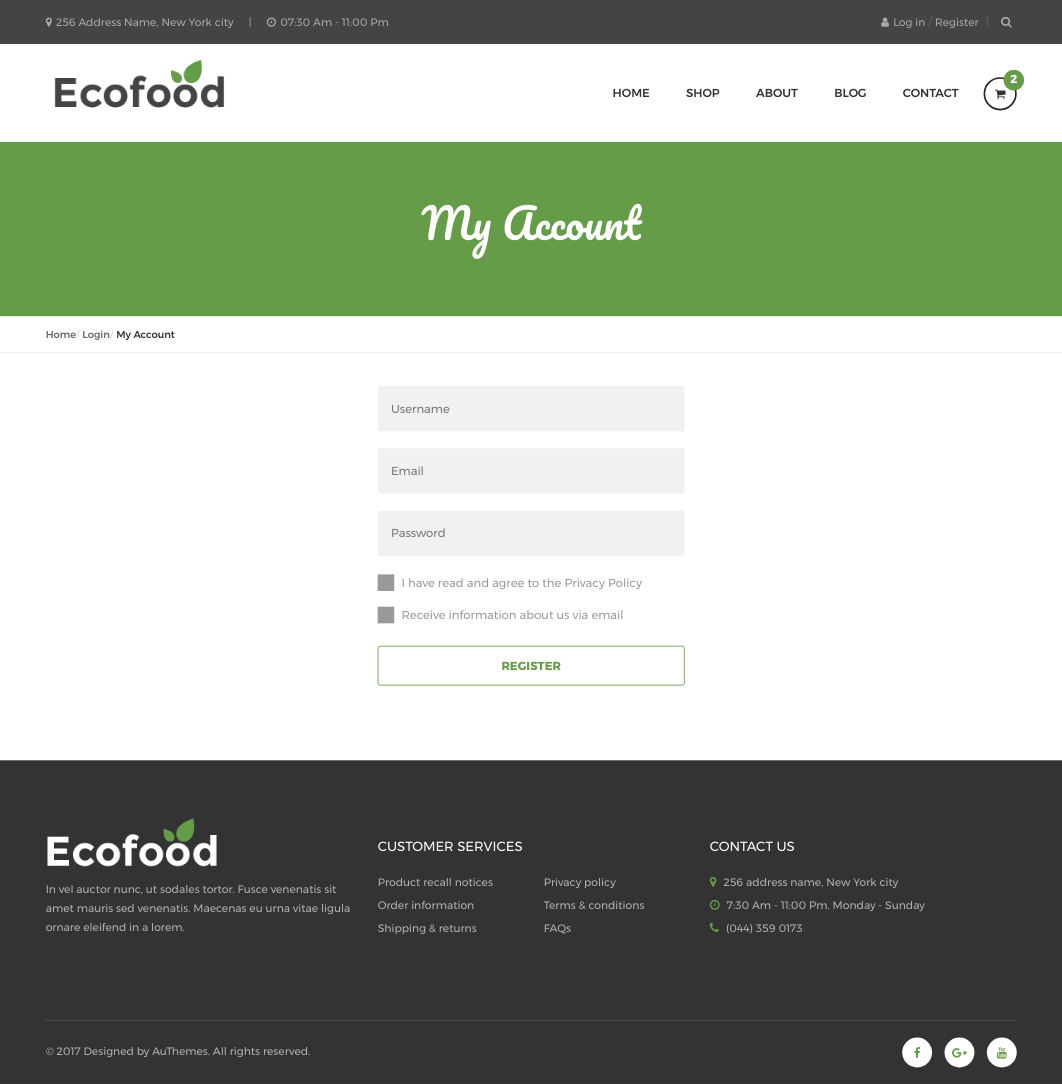
Repository: riteshyadav7878/ecofood
Page: http://localhost/register.php
The author's editor kept a copy of each file at every save. The page is drawn from the files as they stood at one save, then again after the next save.
The browser window is 1280 px wide. The pictures show the whole page, at 83% of full size.
The page is run by PHP 8.4 with error messages shown; the project is at /var/www/html/. Other server files are loaded and not shown.

Above is the page before, as saved 2024-09-10 12:13:12.

### register.php
<!-- Backend -->
<?php
// Start session
session_start();

// Database connection
$conn = new mysqli('localhost', 'root', '', 'ecofood');

// Check connection
if ($conn->connect_error) {
    die("Connection failed: " . $conn->connect_error);
}

// Handling form submission
if ($_SERVER["REQUEST_METHOD"] == "POST") {
    // Get form data
    $username = $conn->real_escape_string(trim($_POST['username']));
    $email = $conn->real_escape_string(trim($_POST['email']));
    $password = $conn->real_escape_string(trim($_POST['password']));
    $receive_email_updates = isset($_POST['email-updates']) ? 1 : 0;

    // Password hashing for security
    $hashed_password = password_hash($password, PASSWORD_BCRYPT);

    // SQL query to insert data into the database
    $sql = "INSERT INTO user (username, email, password, receive_email_updates)
            VALUES ('$username', '$email', '$hashed_password', $receive_email_updates)";

    // Execute query
    if ($conn->query($sql) === TRUE) {
        // Redirect to login page after successful registration
        header("Location: login.php");
        exit();
    } else {
        echo "Error: " . $sql . "<br>" . $conn->error;
    }
}

// Close connection
$conn->close();
?>


<!DOCTYPE html>
<html class="no-js" lang="en">
<head>
    <meta charset="UTF-8">
    <title>Register - Ecofood HTML5 Templates</title>
    <meta name="description" content="Ecofood theme template">
    <meta name="author" content="AuCreative">
    <meta name="keywords" content="Ecofood theme template">
    <meta name="viewport" content="width=device-width, initial-scale=1">

    <link href="fonts/fonts.css" rel="stylesheet">
    <link href="vendor/font-awesome/css/font-awesome.min.css" rel="stylesheet">
    <link href="vendor/bootstrap/dist/css/bootstrap.min.css" rel="stylesheet">
    <link href="vendor/css-hamburgers/dist/hamburgers.min.css" rel="stylesheet">
    <link href="vendor/malihu-custom-scrollbar-plugin/jquery.mCustomScrollbar.css" rel="stylesheet">
    <link href="vendor/animate.css/animate.min.css" rel="stylesheet">
    <link href="css/main.css" rel="stylesheet">
    <link href="css/switcher.css" rel="stylesheet">
    <link href="css/colors/green.css" rel="stylesheet" id="colors">
    <link href="css/retina.css" rel="stylesheet">
    <link rel="shortcut icon" href="favicon.png">
    <link rel="apple-touch-icon" href="apple-touch-icon.png">
    <link rel="apple-touch-icon" sizes="72x72" href="apple-touch-icon-72x72.png">
    <link rel="apple-touch-icon" sizes="114x114" href="apple-touch-icon-114x114.png">
    <script src="js/modernizr-custom.js"></script>
    <script>
        function validateForm() {
            const username = document.forms["registrationForm"]["username"].value;
            const email = document.forms["registrationForm"]["email"].value;
            const password = document.forms["registrationForm"]["password"].value;
            const privacy = document.forms["registrationForm"]["privacy"].checked;

            if (username === "") {
                alert("Username must be filled out.");
                return false;
            }
            if (email === "" || !validateEmail(email)) {
                alert("Please enter a valid email address.");
                return false;
            }
            if (password === "" || password.length < 6) {
                alert("Password must be at least 6 characters long.");
                return false;
            }
            if (!privacy) {
                alert("You must agree to the Privacy Policy.");
                return false;
            }

            return true;
        }

        function validateEmail(email) {
            const re = /^[^\s@]+@[^\s@]+\.[^\s@]+$/;
            return re.test(String(email).toLowerCase());
        }
    </script>
</head>
<body>
    <div class="page-loader">
        <div class="loader"></div>
    </div>
    <div id="switcher">
        <!-- Switcher content here -->
    </div>
    <header>
        <!-- Header content here -->
    </header>
    <header>
        <!--    Navbar -->
        <div class="section dark-background">
            <div class="container">
                <div class="header-2">
                    <div class="header-left">
                        <p>
                            <i class="fa fa-map-marker"></i>256 Address Name, New York city
                            <span>|</span>
                            <i class="fa fa-clock-o"></i>07:30 Am - 11:00 Pm
                        </p>
                    </div>
                    <div class="header-right">
                        <div class="header-login">
                            <a href="login.php">
                                <i class="fa fa-user"></i>Log in
                            </a>
                            <span>/</span>
                            <a href="register.php">Register</a>
                        </div>
                        <span class="divider">|</span>
                        <div class="header-search">
                            <button class="fa fa-search"></button>
                            <div class="search-box">
                                <input type="text" placeholder="Search..." />
                            </div>
                        </div>
                    </div>
                </div>
            </div>
        </div>
    </header>

    <!-- Include Navbar -->
    <?php include 'Navbar.php'; ?>

    <section>
        <div class="section primary-color-background">
            <div class="container">
                <div class="p-t-70 p-b-85">
                    <div class="heading-page-1">
                        <h3>My Account</h3>
                    </div>
                </div>
            </div>
        </div>
        <div class="section border-bottom-grey">
            <div class="container">
                <div class="breadcrumb-1">
                    <ul>
                        <li><a href="index.php">Home</a></li>
                        <li><a href="login.php">Login</a></li>
                        <li><a href="register.php">My Account</a></li>
                    </ul>
                </div>
            </div>
        </div>
    </section>

    <div class="page-content p-t-40 p-b-90">
        <div class="container">
            <div class="row">
                <div class="col-md-4 col-md-push-4">
                    <div class="register-1">
                        <form class="theme-form" name="registrationForm" action="register.php" method="post" onsubmit="return validateForm()">
                            <input class="theme-input-text" type="text" name="username" placeholder="Username" />
                            <input class="theme-input-text" type="email" name="email" placeholder="Email" />
                            <input class="theme-input-text" type="password" name="password" placeholder="Password" />
                            <div class="theme-checkbox">
                                <div class="item theme-input-chk">
                                    <input type="checkbox" id="privacy" name="privacy" />
                                    <label for="privacy"></label>
                                    <span>I have read and agree to the Privacy Policy</span>
                                </div>
                                <div class="item theme-input-chk">
                                    <input type="checkbox" id="email-updates" name="email-updates" />
                                    <label for="email-updates"></label>
                                    <span>Receive information about us via email</span>
                                </div>
                            </div>
                            <button class="au-btn au-btn-border au-btn-radius btn-block btn-submit" type="submit">REGISTER</button>
                        </form>
                    </div>
                </div>
            </div>
        </div>
    </div>

    <!-- Include Footer -->
    <?php include 'Footer.php'; ?>

    <div id="up-to-top">
        <i class="fa fa-angle-up"></i>
    </div>

    <script src="vendor/jquery/dist/jquery.min.js"></script>
    <script src="vendor/bootstrap/dist/js/bootstrap.min.js"></script>
    <script src="vendor/retinajs/dist/retina.min.js"></script>
    <script src="vendor/SmoothScroll/SmoothScroll.js"></script>
    <script src="js/switcher-custom.js"></script>
    <script src="js/owl-custom.js"></script>
    <script src="js/main.js"></script>
</body>
</html>

### Footer.php
<footer>

<div class="footer-1 footer-2">
<div class="container">
<div class="row">
<div class="col-md-4 col-sm-4">
<div class="footer-introduce">
<div class="footer-logo">
<img src="images/icons/ic-logo-02.png" alt="logo ecofood" />
</div>
<div class="footer-intro">
<p>In vel auctor nunc, ut sodales tortor. Fusce venenatis sit amet mauris sed venenatis. Maecenas eu urna vitae ligula ornare eleifend in a lorem.</p>
</div>
</div>
</div>
<div class="col-md-4 col-sm-4">
<div class="footer-services">
<div class="footer-heading">
<h3>CUSTOMER SERVICES</h3>
</div>
<div class="row">
<div class="col-md-6">
<ul>
<li>
<a href="#">Product recall notices</a>
</li>
<li>
<a href="#">Order information</a>
</li>
<li>
<a href="#">Shipping & returns</a>
</li>
</ul>
</div>
<div class="col-md-6">
<ul>
<li>
<a href="#">Privacy policy</a>
</li>
<li>
<a href="#">Terms & conditions</a>
</li>
<li>
<a href="#">FAQs</a>
</li>
</ul>
</div>
</div>
</div>
</div>
<div class="col-md-4 col-sm-4">
<div class="footer-contact">
<div class="footer-heading">
<h3>CONTACT US</h3>
</div>
<ul>
<li>
<i class="fa fa-map-marker"></i>
<span>256 address name, New York city</span>
</li>
<li>
<i class="fa fa-clock-o"></i>
<span>7:30 Am - 11:00 Pm. Monday - Sunday</span>
</li>
<li>
<i class="fa fa-phone"></i>
<span>(044) 359 0173</span>
</li>
</ul>
</div>
</div>
</div>
<div class="footer-bottom">
<div class="footer-copyright">
<p>© 2017 Designed by AuThemes. All rights reserved.</p>
</div>
<ul class="footer-socials">
<li>
<a class="fa fa-facebook" href="#"></a>
</li>
<li>
<a class="fa fa-google-plus" href="#"></a>
</li>
<li>
<a class="fa fa-youtube" href="#"></a>
</li>
</ul>
</div>
</div>
</div>

</footer>

### fonts/fonts.css
@font-face{font-family:montserrat;font-style:normal;font-weight:200;src:url(Montserrat-normal-200.woff) format('woff');unicode-range:U+0-10FFFF}@font-face{font-family:montserrat;font-style:normal;font-weight:300;src:url(Montserrat-normal-300.woff) format('woff');unicode-range:U+0-10FFFF}@font-face{font-family:montserrat;font-style:normal;font-weight:400;src:url(Montserrat-normal-400.woff) format('woff');unicode-range:U+0-10FFFF}@font-face{font-family:montserrat;font-style:normal;font-weight:500;src:url(Montserrat-normal-500.woff) format('woff');unicode-range:U+0-10FFFF}@font-face{font-family:montserrat;font-style:normal;font-weight:600;src:url(Montserrat-normal-600.woff) format('woff');unicode-range:U+0-10FFFF}@font-face{font-family:montserrat;font-style:normal;font-weight:700;src:url(Montserrat-normal-700.woff) format('woff');unicode-range:U+0-10FFFF}@font-face{font-family:montserrat;font-style:normal;font-weight:800;src:url(Montserrat-normal-800.woff) format('woff');unicode-range:U+0-10FFFF}@font-face{font-family:montserrat;font-style:normal;font-weight:900;src:url(Montserrat-normal-900.woff) format('woff');unicode-range:U+0-10FFFF}@font-face{font-family:montserrat;font-style:italic;font-weight:100;src:url(Montserrat-italic-100.woff) format('woff');unicode-range:U+0-10FFFF}@font-face{font-family:montserrat;font-style:italic;font-weight:200;src:url(Montserrat-italic-200.woff) format('woff');unicode-range:U+0-10FFFF}@font-face{font-family:montserrat;font-style:italic;font-weight:300;src:url(Montserrat-italic-300.woff) format('woff');unicode-range:U+0-10FFFF}@font-face{font-family:montserrat;font-style:italic;font-weight:400;src:url(Montserrat-italic-400.woff) format('woff');unicode-range:U+0-10FFFF}@font-face{font-family:montserrat;font-style:italic;font-weight:500;src:url(Montserrat-italic-500.woff) format('woff');unicode-range:U+0-10FFFF}@font-face{font-family:montserrat;font-style:italic;font-weight:600;src:url(Montserrat-italic-600.woff) format('woff');unicode-range:U+0-10FFFF}@font-face{font-family:montserrat;font-style:italic;font-weight:700;src:url(Montserrat-italic-700.woff) format('woff');unicode-range:U+0-10FFFF}@font-face{font-family:montserrat;font-style:italic;font-weight:800;src:url(Montserrat-italic-800.woff) format('woff');unicode-range:U+0-10FFFF}@font-face{font-family:montserrat;font-style:italic;font-weight:900;src:url(Montserrat-italic-900.woff) format('woff');unicode-range:U+0-10FFFF}@font-face{font-family:pacifico;font-style:normal;font-weight:400;src:url(Pacifico-normal-400.woff) format('woff');unicode-range:U+0-10FFFF}

### css/switcher.css
#switcher .mCustomScrollbar{height:100%;width:100%;display:block}#switcher .mCustomScrollBox,#switcher .mCSB_container{overflow:visible}#switcher .mCustomScrollBox,#switcher .mCSB_container{overflow:visible}#switcher .mCSB_scrollTools{left:-20px}#switcher{color:#fff;padding:30px 10px;background:#333;position:fixed;top:0;left:0;z-index:9999;font-size:12px;width:300px;-webkit-box-sizing:border-box;-moz-box-sizing:border-box;box-sizing:border-box;margin-left:-300px;height:100%;-webkit-transition:all .3s;-o-transition:all .3s;-moz-transition:all .3s;transition:all .3s}#switcher.show{left:300px;-webkit-transition:all .3s;-o-transition:all .3s;-moz-transition:all .3s;transition:all .3s}#switcher .sw-title{display:block;font-size:16px;margin:10px 0}#switcher .btn-buy{color:#fff;display:block;text-align:center;padding:7px}#switcher span.switcher-cog{position:absolute;right:-30px;top:120px;display:block;width:40px;height:40px;padding:10px}#switcher span.switcher-cog:after{position:absolute;display:inline-block;width:40px;height:40px;padding:10px;background:#333;cursor:pointer;content:"\f013";font-family:fontawesome,serif;font-size:22px;font-weight:400;line-height:20px}#switcher #tm-color{padding:0;margin:0}#switcher #tm-color:after{content:"";display:table;clear:both}#switcher #tm-color li{list-style:none;display:inline-block;float:left;width:27px;height:25px;margin:0 2.5px 5px;background:#0c9;border-radius:2px;-moz-border-radius:2px;-webkit-border-radius:2px;cursor:pointer}#switcher #tm-color li.color1{background:#649c47}#switcher #tm-color li.color2{background:#d98031}#switcher #tm-color li.color3{background:#aaa733}#switcher #tm-color li.color4{background:#e1a4a5}#switcher #tm-color li.color5{background:#dd6946}#switcher #tm-color li.color6{background:#ca463d}#switcher #tm-color li.color7{background:#607442}#switcher .demo-homepage{margin:0;padding:0}#switcher .demo-homepage:after{content:"";display:table;clear:both}#switcher .demo-homepage li{display:inline-block;width:48%;margin:1%;float:left;position:relative}#switcher .demo-homepage li a{display:block;position:relative}#switcher .demo-homepage li:hover .popup-demo-homepage{visibility:visible;-webkit-transition:all .3s ease-in-out;-o-transition:all .3s ease-in-out;-moz-transition:all .3s ease-in-out;transition:all .3s ease-in-out;opacity:1;bottom:60%}#switcher .popup-demo-homepage{display:block;position:absolute;left:80%;width:460px;bottom:50%;border:5px solid #fff;z-index:999;-webkit-transition:all .3s ease-in-out;-o-transition:all .3s ease-in-out;-moz-transition:all .3s ease-in-out;transition:all .3s ease-in-out;visibility:hidden;opacity:0}#switcher .demo-homepage li a img{width:100%}

### css/retina.css
@media all and (-webkit-min-device-pixel-ratio:1.5){}

Loaded but not shown: css/main.css (library); css/colors/green.css (library); js/modernizr-custom.js (library); js/main.js (8 lines, source omitted); js/owl-custom.js (2 lines, source omitted); js/revo-slider-custom.js (2 lines, source omitted); js/switcher-custom.js (1 lines, source omitted); Navbar.php (178 lines, source omitted)

After the next save:
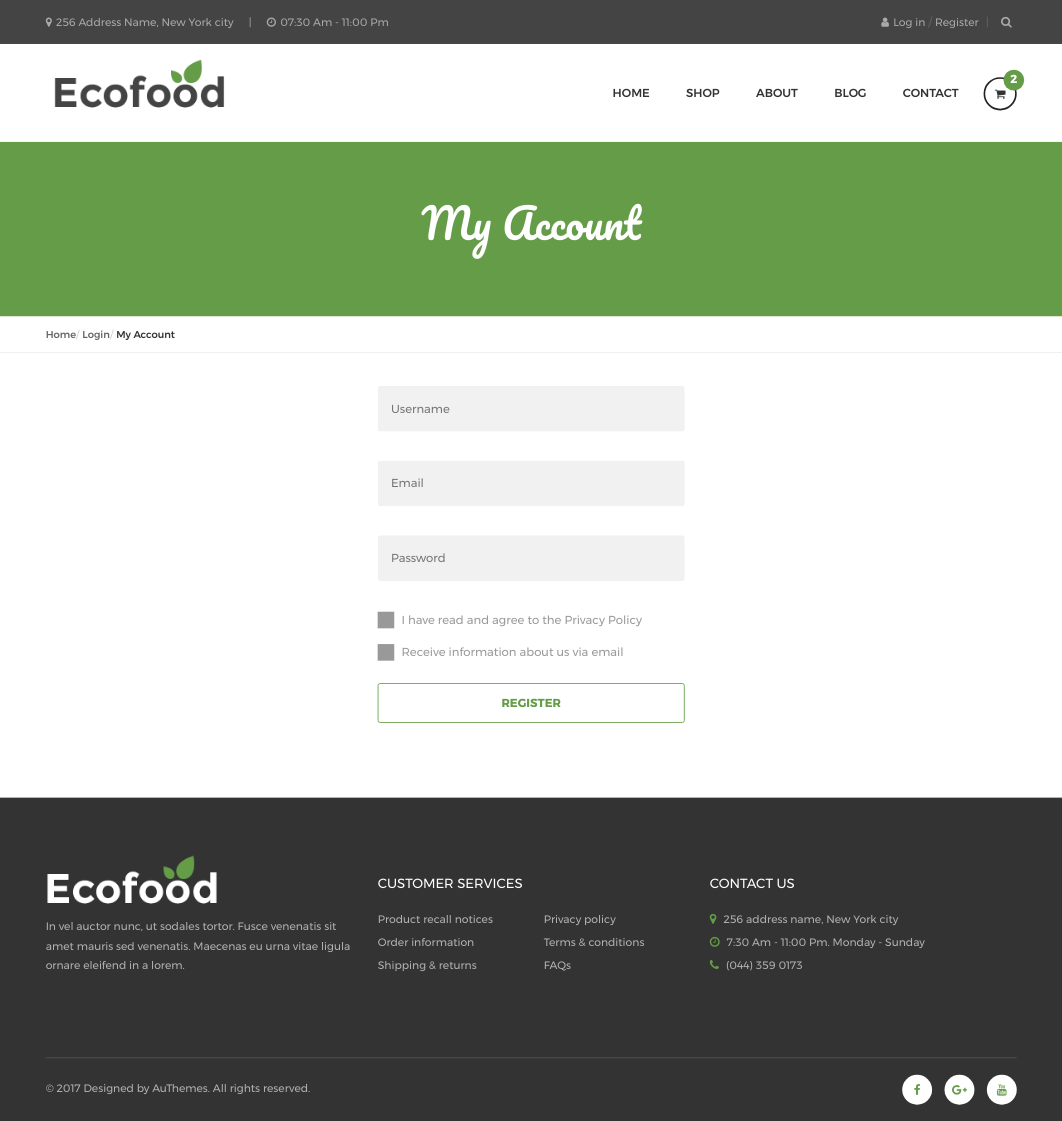
Saved 2 min 10 s later.
--- a/register.php
+++ b/register.php
@@ -68,29 +68,37 @@ $conn->close();
     <script src="js/modernizr-custom.js"></script>
     <script>
         function validateForm() {
+            // Clear previous error messages
+            document.getElementById("username-error").textContent = "";
+            document.getElementById("email-error").textContent = "";
+            document.getElementById("password-error").textContent = "";
+            document.getElementById("privacy-error").textContent = "";
+
             const username = document.forms["registrationForm"]["username"].value;
             const email = document.forms["registrationForm"]["email"].value;
             const password = document.forms["registrationForm"]["password"].value;
             const privacy = document.forms["registrationForm"]["privacy"].checked;
 
+            let valid = true;
+
             if (username === "") {
-                alert("Username must be filled out.");
-                return false;
+                document.getElementById("username-error").textContent = "Username must be filled out.";
+                valid = false;
             }
             if (email === "" || !validateEmail(email)) {
-                alert("Please enter a valid email address.");
-                return false;
+                document.getElementById("email-error").textContent = "Please enter a valid email address.";
+                valid = false;
             }
             if (password === "" || password.length < 6) {
-                alert("Password must be at least 6 characters long.");
-                return false;
+                document.getElementById("password-error").textContent = "Password must be at least 6 characters long.";
+                valid = false;
             }
             if (!privacy) {
-                alert("You must agree to the Privacy Policy.");
-                return false;
-            }
-
-            return true;
+                document.getElementById("privacy-error").textContent = "You must agree to the Privacy Policy.";
+                valid = false;
+            }
+
+            return valid;
         }
 
         function validateEmail(email) {
@@ -174,14 +182,24 @@ $conn->close();
                 <div class="col-md-4 col-md-push-4">
                     <div class="register-1">
                         <form class="theme-form" name="registrationForm" action="register.php" method="post" onsubmit="return validateForm()">
-                            <input class="theme-input-text" type="text" name="username" placeholder="Username" />
-                            <input class="theme-input-text" type="email" name="email" placeholder="Email" />
-                            <input class="theme-input-text" type="password" name="password" placeholder="Password" />
+                            <div class="form-group">
+                                <input class="theme-input-text" type="text" name="username" placeholder="Username" />
+                                <div id="username-error" class="error-message"></div>
+                            </div>
+                            <div class="form-group">
+                                <input class="theme-input-text" type="email" name="email" placeholder="Email" />
+                                <div id="email-error" class="error-message"></div>
+                            </div>
+                            <div class="form-group">
+                                <input class="theme-input-text" type="password" name="password" placeholder="Password" />
+                                <div id="password-error" class="error-message"></div>
+                            </div>
                             <div class="theme-checkbox">
                                 <div class="item theme-input-chk">
                                     <input type="checkbox" id="privacy" name="privacy" />
                                     <label for="privacy"></label>
                                     <span>I have read and agree to the Privacy Policy</span>
+                                    <div id="privacy-error" class="error-message"></div>
                                 </div>
                                 <div class="item theme-input-chk">
                                     <input type="checkbox" id="email-updates" name="email-updates" />
